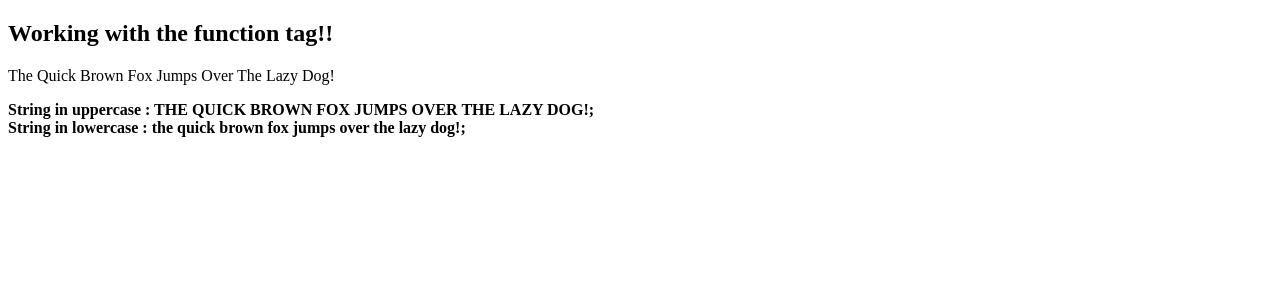
Repository: RG4025/AdvanceJava
Page: http://localhost/ClassWorkFeb21/functionDemo.jsp
The author's editor kept a copy of each file at every save. The page is drawn from the files as they stood at one save, then again after a run of saves.
The browser window is 1280 px wide. The pictures show the whole page.
The page is served by Tomcat 9.

Above is the page before, as saved 2024-02-21 09:34:30.

After the next 3 saves:
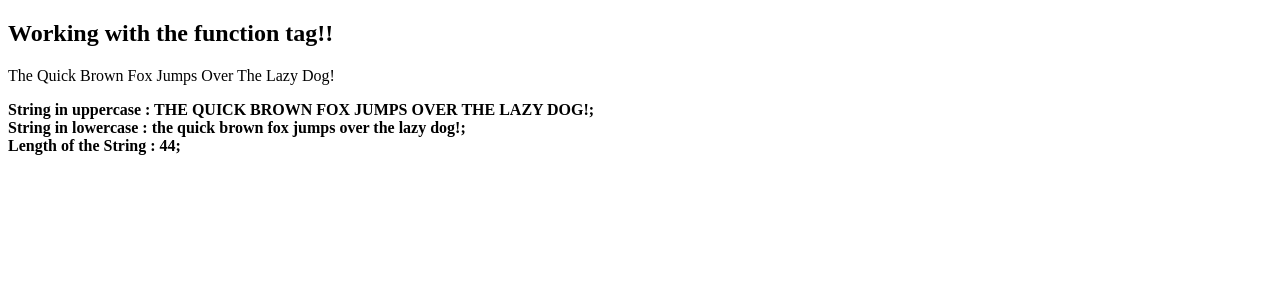
The 3 saves are shown as one change because 1 did not build or start and some came seconds apart.
The last was saved 45 s later.
--- a/ClassWorkFeb21/src/main/webapp/functionDemo.jsp
+++ b/ClassWorkFeb21/src/main/webapp/functionDemo.jsp
@@ -35,5 +35,12 @@
 
 	</strong>
 
+	<br>
+
+	<strong>
+		Length of the String : ${fn:length(str)};
+
+	</strong>
+
 </body>
 </html>
